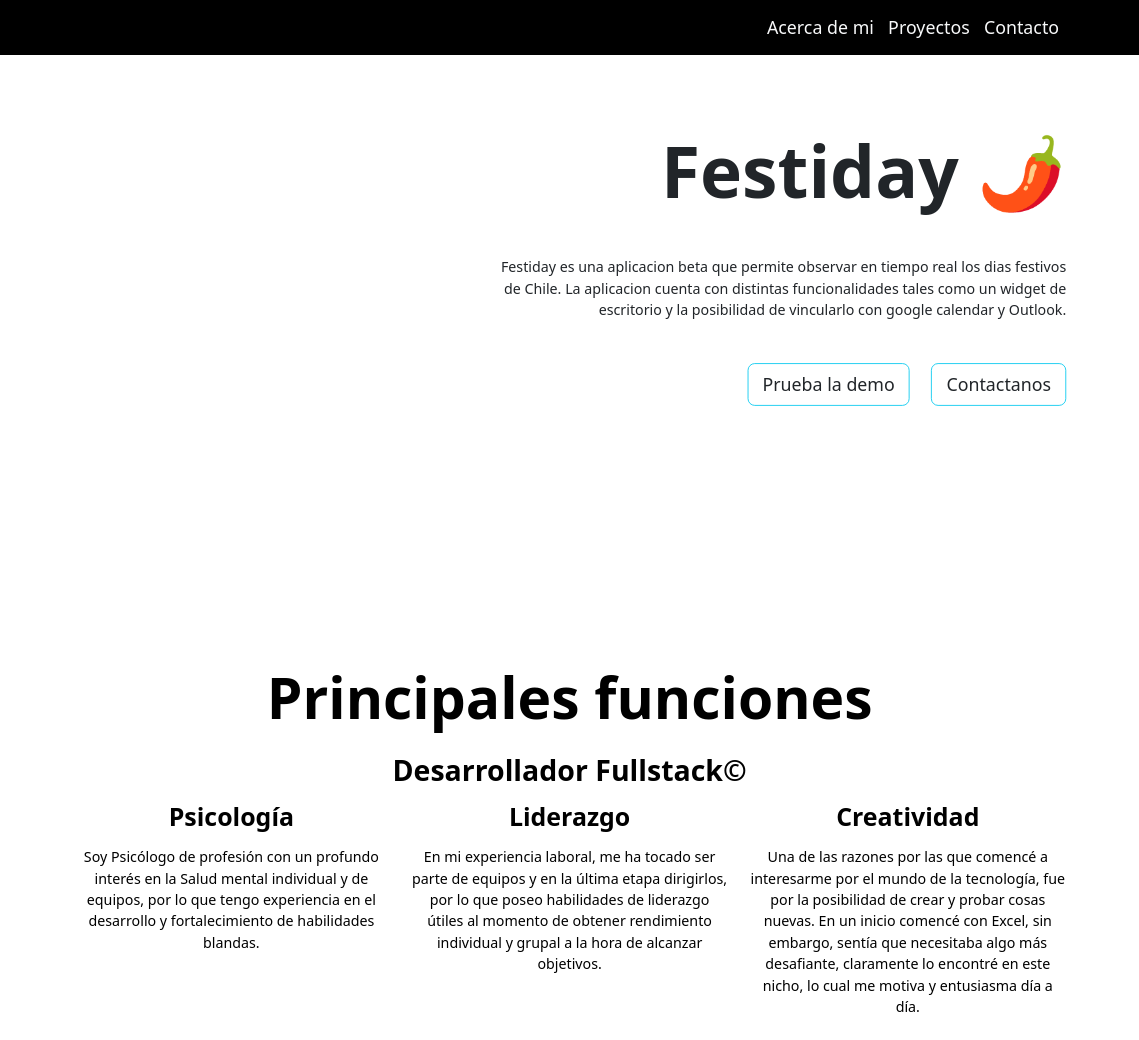
Repository: cvalenciapatagonia/Desafio-4-React-I
Page: /
An editor plug-in stored every save of this project. The page is shown before and after the next save, followed by the edit.
The browser window is 1280 px wide. The pictures show the part of the page from y = 0 to 1168 px (the page is 2097 px tall before and 2059 px after), at 89% of full size.
Pictures or frames that could not be fetched are drawn as grey boxes. The page's requests for data from a server got no answer. The project was rebuilt for these pictures with package versions that can differ from the ones it lists, and the page was loaded fresh each time. No one was signed in, and anything a server would have sent is missing. Also part of the build but not shown: vite.config.js, src/App.css.

Above is the page before, as saved 2023-09-07 18:16:02.

After the next save:
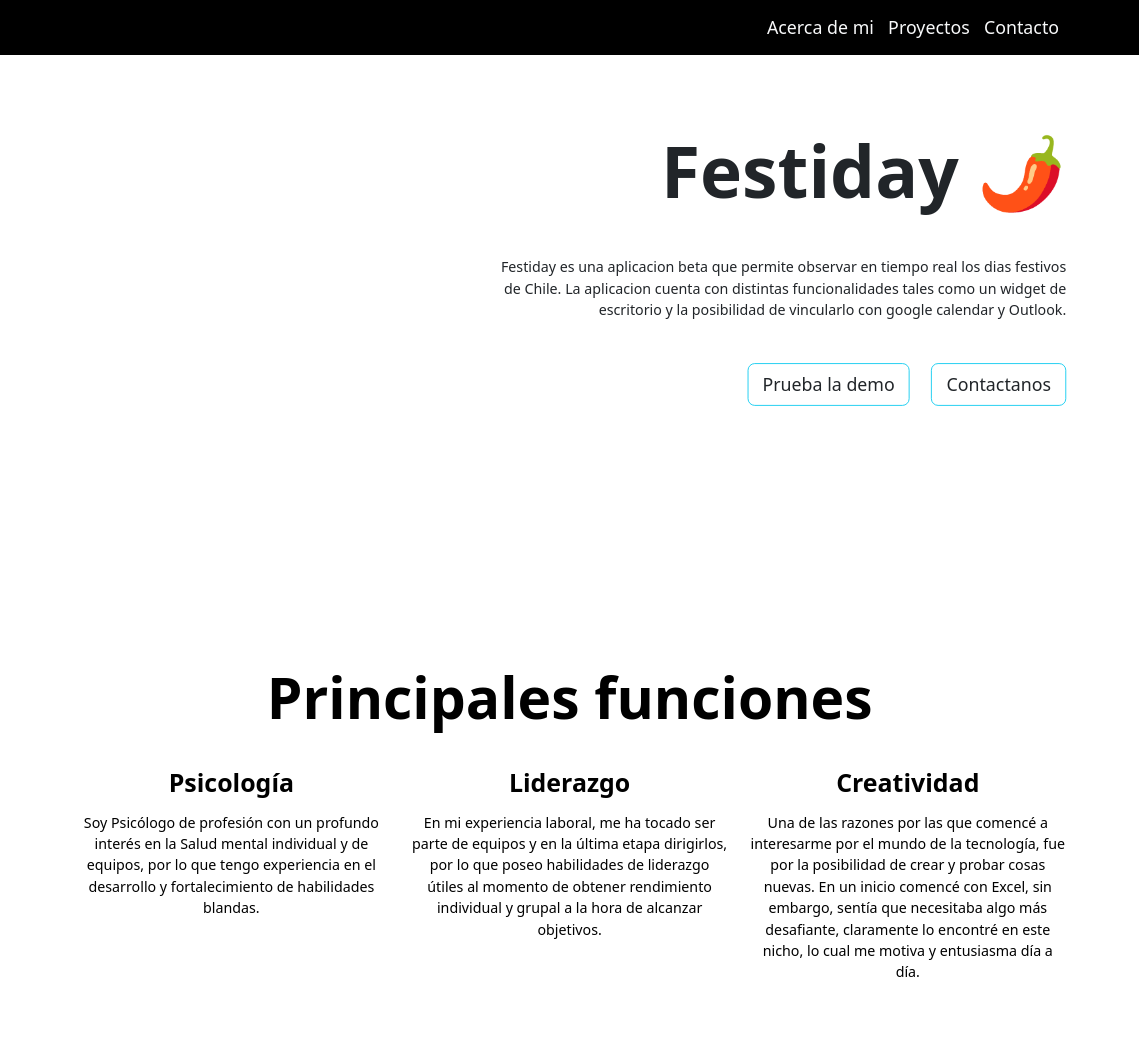
Saved 13 s later.
--- a/src/App.jsx
+++ b/src/App.jsx
@@ -90,9 +90,7 @@
       {/* ACERCA DE MI */}
       <section id="Acerca-de-mi" className="container text-center my-5">
         <h2 className="display-3 fw-bold my-4">Principales funciones</h2>
-        <i className="fas fa-solid fa-laptop-code fa-2x my-3"></i>
-        <h3 className="subtitulo2 my-3 fw-bold">Desarrollador Fullstack©</h3>
-        <i className="fas fa-solid fa-code fa-2x my-3"></i>
+
 
 
 
